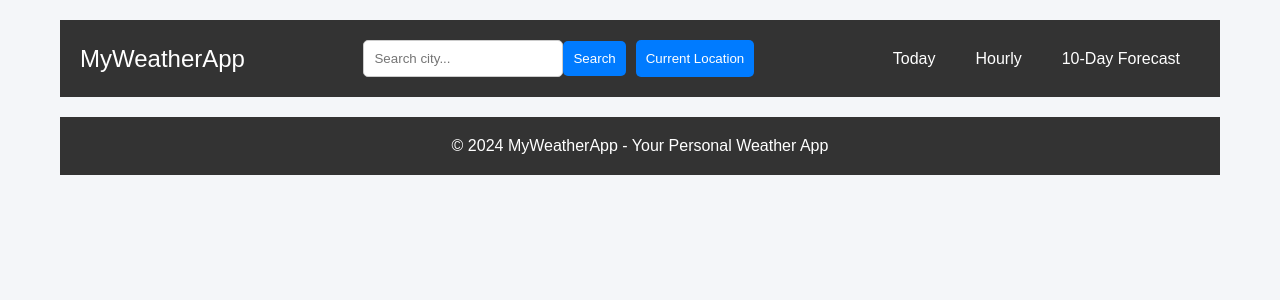
Repository: Rayyy-dev/My-weather-App
Page: /
These files come from the project's save history. The page is drawn as it stood at one moment and after the next save; the edit follows.
The browser window is 1280 px wide. The pictures show the whole page.
The page's requests for data from a server got no answer. The project was rebuilt for these pictures with package versions that can differ from the ones it lists, and the page was loaded fresh each time. No one was signed in, and anything a server would have sent is missing.

Above is the page before, as saved 2024-10-16 02:26:41.

### public/index.html
<!DOCTYPE html>
<html lang="en">
  <head>
    <meta charset="utf-8" />
    <link rel="icon" href="%PUBLIC_URL%/favicon.ico" />
    <meta name="viewport" content="width=device-width, initial-scale=1" />
    <meta name="theme-color" content="#000000" />
    <meta
      name="description"
      content="Web site created using create-react-app"
    />
    <link href="https://fonts.googleapis.com/css2?family=Poppins:wght@300;400;500;600&display=swap" rel="stylesheet">

    <link rel="apple-touch-icon" href="%PUBLIC_URL%/logo192.png" />
    <!--
      manifest.json provides metadata used when your web app is installed on a
      user's mobile device or desktop. See https://developers.google.com/web/fundamentals/web-app-manifest/
    -->
    <link rel="manifest" href="%PUBLIC_URL%/manifest.json" />
    <!--
      Notice the use of %PUBLIC_URL% in the tags above.
      It will be replaced with the URL of the `public` folder during the build.
      Only files inside the `public` folder can be referenced from the HTML.

      Unlike "/favicon.ico" or "favicon.ico", "%PUBLIC_URL%/favicon.ico" will
      work correctly both with client-side routing and a non-root public URL.
      Learn how to configure a non-root public URL by running `npm run build`.
    -->
    <title>React App</title>
  </head>
  <body>
    <noscript>You need to enable JavaScript to run this app.</noscript>
    <div id="root"></div>
    <!--
      This HTML file is a template.
      If you open it directly in the browser, you will see an empty page.

      You can add webfonts, meta tags, or analytics to this file.
      The build step will place the bundled scripts into the <body> tag.

      To begin the development, run `npm start` or `yarn start`.
      To create a production bundle, use `npm run build` or `yarn build`.
    -->
  </body>
</html>

### src/App.js
import React, { useState, useEffect } from 'react';
import './App.css';

function App() {
  const [city, setCity] = useState(''); // City input from user
  const [weather, setWeather] = useState(null); // Current weather data
  const [forecast, setForecast] = useState([]); // 10-day forecast
  const [hourlyForecast, setHourlyForecast] = useState([]); // Hourly forecast
  const [loading, setLoading] = useState(false); // Loading state
  const [error, setError] = useState(''); // Error handling

  const apiKey = "74072ad194774534b56234435241510"; // WeatherAPI key

  useEffect(() => {
    if (!city) {
      detectLocation();
    }
  }, []);

  // Fetch weather data for city
  const fetchWeather = async (location) => {
    setLoading(true);
    try {
      const weatherResponse = await fetch(
        `https://api.weatherapi.com/v1/current.json?key=${apiKey}&q=${location}&aqi=no`
      );
      const forecastResponse = await fetch(
        `https://api.weatherapi.com/v1/forecast.json?key=${apiKey}&q=${location}&days=10&hour=24`
      );

      const weatherData = await weatherResponse.json();
      const forecastData = await forecastResponse.json();

      setWeather(weatherData.current);
      setForecast(forecastData.forecast.forecastday);
      setHourlyForecast(forecastData.forecast.forecastday[0].hour);
    } catch (err) {
      setError("Failed to fetch weather data");
    } finally {
      setLoading(false);
    }
  };

  // Detect user's location using Geolocation API
  const detectLocation = () => {
    if (navigator.geolocation) {
      navigator.geolocation.getCurrentPosition(
        (position) => {
          const lat = position.coords.latitude;
          const lon = position.coords.longitude;
          fetchWeather(`${lat},${lon}`);
        },
        () => {
          setError('Unable to retrieve your location');
        }
      );
    } else {
      setError('Geolocation is not supported by this browser.');
    }
  };

  // Handle search for a city
  const handleSearch = (e) => {
    e.preventDefault();
    if (city) {
      fetchWeather(city);
    }
  };

  return (
    <div className="app-container">
      {/* Header */}
      <header className="header">
        <div className="logo">MyWeatherApp</div>
        <div className="search-location">
          <form onSubmit={handleSearch}>
            <input
              type="text"
              placeholder="Search city..."
              value={city}
              onChange={(e) => setCity(e.target.value)}
              className="search-bar"
            />
            <button type="submit">Search</button>
          </form>
          <button onClick={detectLocation} className="current-location-btn">
            Current Location
          </button>
        </div>
        <nav className="menu">
          <a href="#current">Today</a>
          <a href="#hourly">Hourly</a>
          <a href="#forecast">10-Day Forecast</a>
        </nav>
      </header>

      {/* Main Content */}
      <main>
        {/* Display Error or Loading */}
        {loading && <p>Loading...</p>}
        {error && <p className="error">{error}</p>}

        {/* Current Weather Section */}
        {weather && (
          <section id="current" className="current-weather">
            <h2>Current Weather</h2>
            <div className="weather-details">
              <div>
                <img src={weather.condition.icon} alt="Weather icon" />
                <p>{weather.temp_c}°C</p>
                <p>{weather.condition.text}</p>
              </div>
              <div className="weather-info">
                <p>Wind: {weather.wind_kph} km/h</p>
                <p>Humidity: {weather.humidity}%</p>
                <p>Feels Like: {weather.feelslike_c}°C</p>
              </div>
            </div>
          </section>
        )}

        {/* Hourly Weather Section */}
        {hourlyForecast.length > 0 && (
          <section id="hourly" className="hourly-weather">
            <h2>Hourly Forecast</h2>
            <div className="hourly-scroll">
              {hourlyForecast.map((hour, index) => (
                <div key={index} className="hour-item">
                  <p>{new Date(hour.time).getHours()}:00</p>
                  <img src={hour.condition.icon} alt="Weather icon" />
                  <p>{hour.temp_c}°C</p>
                </div>
              ))}
            </div>
          </section>
        )}

        {/* 10-Day Forecast Section */}
        {forecast.length > 0 && (
          <section id="forecast" className="daily-forecast">
            <h2>10-Day Forecast</h2>
            <div className="forecast-list">
              {forecast.map((day, index) => (
                <div key={index} className="forecast-item">
                  <div>{day.date}</div>
                  <img src={day.day.condition.icon} alt="Weather icon" />
                  <div>
                    <p>Max: {day.day.maxtemp_c}°C</p>
                    <p>Min: {day.day.mintemp_c}°C</p>
                    <p>{day.day.condition.text}</p>
                  </div>
                </div>
              ))}
            </div>
          </section>
        )}
      </main>

      {/* Footer */}
      <footer className="footer">
        <p>© 2024 MyWeatherApp - Your Personal Weather App</p>
      </footer>
    </div>
  );
}

export default App;

### src/App.css
/* General Reset */
* {
  margin: 0;
  padding: 0;
  box-sizing: border-box;
}

body {
  font-family: 'Arial', sans-serif;
  background-color: #f4f6f9;
}

.app-container {
  width: 100%;
  max-width: 1200px;
  margin: 0 auto;
  padding: 20px;
}

/* Header */
.header {
  display: flex;
  justify-content: space-between;
  align-items: center;
  background-color: #333;
  color: white;
  padding: 20px;
}

.logo {
  font-size: 1.5rem;
}

.search-location {
  display: flex;
  gap: 10px;
}

.search-bar {
  padding: 10px;
  border-radius: 5px;
  border: 1px solid #ccc;
  width: 200px;
}

button {
  background-color: #007bff;
  color: white;
  border: none;
  padding: 10px;
  border-radius: 5px;
  cursor: pointer;
}

button:hover {
  background-color: #0056b3;
}

.menu a {
  color: white;
  text-decoration: none;
  padding: 10px 20px;
}

.menu a:hover {
  text-decoration: underline;
}

/* Main Sections */
main {
  margin-top: 20px;
}

.current-weather,
.hourly-weather,
.daily-forecast {
  background-color: #fff;
  padding: 20px;
  border-radius: 10px;
  margin-bottom: 20px;
  box-shadow: 0px 4px 12px rgba(0, 0, 0, 0.1);
}

.weather-details {
  display: flex;
  justify-content: space-between;
}

.hourly-scroll {
  display: flex;
  overflow-x: auto;
  gap: 15px;
}

.hour-item {
  padding: 10px;
  background-color: #f4f4f4;
  border-radius: 10px;
  text-align: center;
}

.forecast-list {
  display: flex;
  flex-direction: column;
  gap: 10px;
}

.forecast-item {
  display: flex;
  justify-content: space-between;
  align-items: center;
  background-color: #f0f0f0;
  padding: 10px;
  border-radius: 5px;
}

.error {
  color: red;
}

/* Footer */
.footer {
  text-align: center;
  margin-top: 20px;
  padding: 20px;
  background-color: #333;
  color: white;
}

Loaded but not shown: src/index.js (common file); src/index.css (common file); src/reportWebVitals.js (common file)

After the next save:
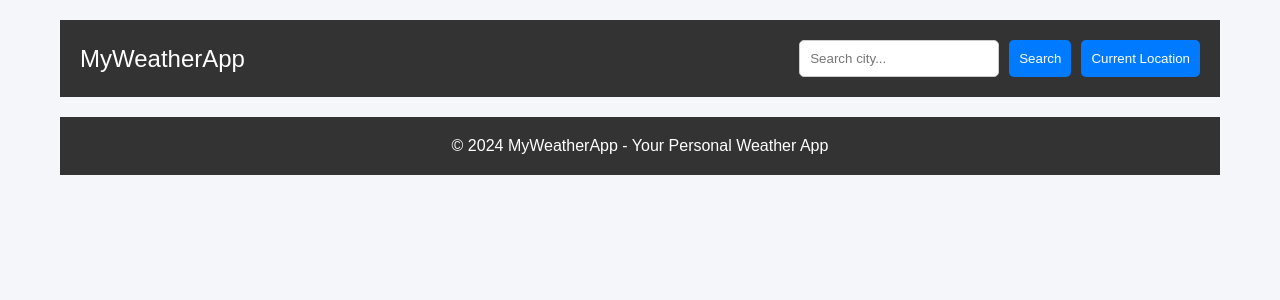
Saved 4 min 49 s later.
--- a/src/App.js
+++ b/src/App.js
@@ -3,6 +3,7 @@ import './App.css';
 
 function App() {
   const [city, setCity] = useState(''); // City input from user
+  const [suggestions, setSuggestions] = useState([]); // Store city suggestions
   const [weather, setWeather] = useState(null); // Current weather data
   const [forecast, setForecast] = useState([]); // 10-day forecast
   const [hourlyForecast, setHourlyForecast] = useState([]); // Hourly forecast
@@ -10,12 +11,6 @@ function App() {
   const [error, setError] = useState(''); // Error handling
 
   const apiKey = "74072ad194774534b56234435241510"; // WeatherAPI key
-
-  useEffect(() => {
-    if (!city) {
-      detectLocation();
-    }
-  }, []);
 
   // Fetch weather data for city
   const fetchWeather = async (location) => {
@@ -31,7 +26,7 @@ function App() {
       const weatherData = await weatherResponse.json();
       const forecastData = await forecastResponse.json();
 
-      setWeather(weatherData.current);
+      setWeather(weatherData);
       setForecast(forecastData.forecast.forecastday);
       setHourlyForecast(forecastData.forecast.forecastday[0].hour);
     } catch (err) {
@@ -39,6 +34,37 @@ function App() {
     } finally {
       setLoading(false);
     }
+  };
+
+  // Fetch city suggestions
+  const fetchSuggestions = async (query) => {
+    if (query.length < 2) {
+      setSuggestions([]);
+      return;
+    }
+    try {
+      const response = await fetch(
+        `https://api.weatherapi.com/v1/search.json?key=${apiKey}&q=${query}`
+      );
+      const data = await response.json();
+      setSuggestions(data);
+    } catch (err) {
+      setError('Failed to fetch city suggestions');
+    }
+  };
+
+  // Handle city input change
+  const handleInputChange = (e) => {
+    const value = e.target.value;
+    setCity(value);
+    fetchSuggestions(value); // Fetch suggestions as user types
+  };
+
+  // Handle search for selected city
+  const handleSearch = (selectedCity) => {
+    setCity(selectedCity);
+    fetchWeather(selectedCity);
+    setSuggestions([]); // Clear suggestions after selection
   };
 
   // Detect user's location using Geolocation API
@@ -59,39 +85,38 @@ function App() {
     }
   };
 
-  // Handle search for a city
-  const handleSearch = (e) => {
-    e.preventDefault();
-    if (city) {
-      fetchWeather(city);
-    }
-  };
-
   return (
     <div className="app-container">
       {/* Header */}
       <header className="header">
         <div className="logo">MyWeatherApp</div>
         <div className="search-location">
-          <form onSubmit={handleSearch}>
-            <input
-              type="text"
-              placeholder="Search city..."
-              value={city}
-              onChange={(e) => setCity(e.target.value)}
-              className="search-bar"
-            />
-            <button type="submit">Search</button>
-          </form>
+          <input
+            type="text"
+            placeholder="Search city..."
+            value={city}
+            onChange={handleInputChange}
+            className="search-bar"
+          />
+          <button onClick={() => handleSearch(city)}>Search</button>
           <button onClick={detectLocation} className="current-location-btn">
             Current Location
           </button>
         </div>
-        <nav className="menu">
-          <a href="#current">Today</a>
-          <a href="#hourly">Hourly</a>
-          <a href="#forecast">10-Day Forecast</a>
-        </nav>
+        {/* City suggestions dropdown */}
+        {suggestions.length > 0 && (
+          <div className="suggestions">
+            {suggestions.map((suggestion, index) => (
+              <div
+                key={index}
+                className="suggestion-item"
+                onClick={() => handleSearch(suggestion.name)}
+              >
+                {suggestion.name}, {suggestion.country}
+              </div>
+            ))}
+          </div>
+        )}
       </header>
 
       {/* Main Content */}
@@ -103,17 +128,19 @@ function App() {
         {/* Current Weather Section */}
         {weather && (
           <section id="current" className="current-weather">
-            <h2>Current Weather</h2>
+            <h2>
+              Current Weather in {weather.location.name}, {weather.location.country}
+            </h2>
             <div className="weather-details">
               <div>
-                <img src={weather.condition.icon} alt="Weather icon" />
-                <p>{weather.temp_c}°C</p>
-                <p>{weather.condition.text}</p>
+                <img src={weather.current.condition.icon} alt="Weather icon" />
+                <p>{weather.current.temp_c}°C</p>
+                <p>{weather.current.condition.text}</p>
               </div>
               <div className="weather-info">
-                <p>Wind: {weather.wind_kph} km/h</p>
-                <p>Humidity: {weather.humidity}%</p>
-                <p>Feels Like: {weather.feelslike_c}°C</p>
+                <p>Wind: {weather.current.wind_kph} km/h</p>
+                <p>Humidity: {weather.current.humidity}%</p>
+                <p>Feels Like: {weather.current.feelslike_c}°C</p>
               </div>
             </div>
           </section>
